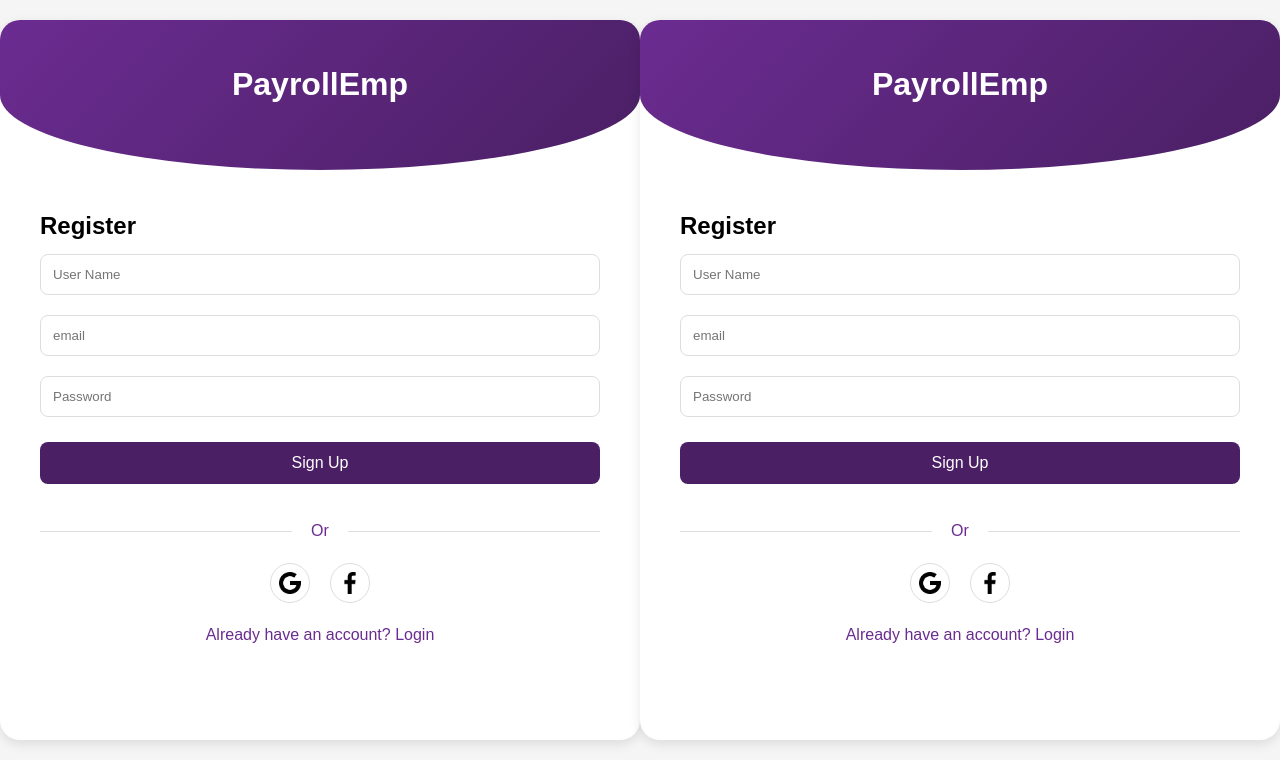
Repository: nino-pixel/payrolllatest
Page: /signup (app in web_vue/)
The author's editor kept a copy of each file at every save. The page is drawn from the files as they stood at one save, then again after the next save.
The browser window is 1280 px wide. The pictures show the whole page.
The project was rebuilt for these pictures with package versions that can differ from the ones it lists, and the page was loaded fresh each time. Also part of the build but not shown: web_vue/vite.config.js, web_vue/src/components/Sidebar.vue, web_vue/src/components/login_page.vue, web_vue/src/components/dashboard.vue, web_vue/src/components/employee_management.vue, web_vue/src/components/attendance_management.vue, web_vue/src/components/generate_payroll.vue, web_vue/src/components/mark_attendance_manually.vue and 3 more.

Above is the page before, as saved 2024-12-20 09:14:31.

### web_vue/src/main.js
import { createApp } from 'vue'
import './style.css'
import App from './App.vue'
import router from './router'
import html2pdf from 'html2pdf.js';
// ECharts imports
import VChart from 'vue-echarts'
import { use } from 'echarts/core'
import { CanvasRenderer } from 'echarts/renderers'
import { PieChart, LineChart, BarChart, GaugeChart } from 'echarts/charts'
import {
  TitleComponent,
  TooltipComponent,
  LegendComponent,
  GridComponent
} from 'echarts/components'

// Register ECharts components
use([
  CanvasRenderer,
  PieChart,
  LineChart,
  BarChart,
  GaugeChart,
  TitleComponent,
  TooltipComponent,
  LegendComponent,
  GridComponent
])

const app = createApp(App)
app.component('v-chart', VChart)
app.use(router)
app.mount('#app')

### web_vue/src/style.css
:root {
  font-family: Inter, system-ui, Avenir, Helvetica, Arial, sans-serif;
  line-height: 1.5;
  font-weight: 400;
  color-scheme: light dark;
  color: rgba(255, 255, 255, 0.87);
  background-color: #242424;
  font-synthesis: none;
  text-rendering: optimizeLegibility;
  -webkit-font-smoothing: antialiased;
  -moz-osx-font-smoothing: grayscale;
}

body {
  margin: 0;
  padding: 0;
  min-height: 100vh;
  width: 100%;
}

/* Remove the centering and width constraints */
#app {
  max-width: none;
  margin: 0;
  padding: 0;
  width: 100%;
  min-height: 100vh;
}

/* Adjust other styles */
.card {
  padding: 2em;
  width: 100%;
  box-sizing: border-box;
}

button {
  border-radius: 8px;
  border: 1px solid transparent;
  padding: 0.6em 1.2em;
  font-size: 1em;
  font-weight: 500;
  font-family: inherit;
  background-color: #1a1a1a;
  cursor: pointer;
  transition: border-color 0.25s;
}

/* Media query adjustments */
@media (prefers-color-scheme: light) {
  :root {
    color: #213547;
    background-color: #ffffff;
  }
  a:hover {
    color: #747bff;
  }
  button {
    background-color: #f9f9f9;
  }
}

### web_vue/src/App.vue
<template>
  <div id="app">
    <!-- Show Sidebar only if user is logged in and not on login page -->
    <Sidebar v-if="isLoggedIn && !isLoginPage" />
    <Sidebar v-if="isSignupPage && !isSignupPage" />


    <!-- Main content area -->
    <div class="main-content" :class="{ 'with-sidebar': isLoggedIn && !isLoginPage }">


      <router-view></router-view>
    </div>
    <div class="main-content" :class="{ 'with-sidebar': isSignupPage && !isSignupPage }">


<router-view></router-view>
</div>
  </div>
</template>

<script>
import Sidebar from './components/Sidebar.vue'

export default {
  name: 'App',
  components: {
    Sidebar
  },
  computed: {
    isLoggedIn() {
      return !!localStorage.getItem('token')
    },
    isLoginPage() {
      return this.$route.path === '/login'
    },
    isSignupPage() {
      return !!localStorage.getItem('token')
    },
    isSignupPage() {
      return this.$route.path === '/signup'
    }
  }
}
</script>

<style>
* {
  margin: 0;
  padding: 0;
  box-sizing: border-box;
}

#app {
  font-family: Arial, sans-serif;
  -webkit-font-smoothing: antialiased;
  -moz-osx-font-smoothing: grayscale;
  display: flex;
  min-height: 100vh;
  background: #f5f5f5;
}

.main-content {
  flex: 1;
  min-height: 100vh;
  transition: margin-left 0.3s ease;
}

/* Add margin when sidebar is present */
.main-content.with-sidebar {
  margin-left: 250px; /* Same as sidebar width */
}

/* Responsive adjustments */
@media (max-width: 768px) {
  .main-content.with-sidebar {
    margin-left: 60px; /* Same as collapsed sidebar width */
  }
}

/* Global styles for consistent look */
button {
  cursor: pointer;
}

input, button {
  font-family: inherit;
}

/* Transition effects */
.fade-enter-active, .fade-leave-active {
  transition: opacity 0.3s;
}
.fade-enter, .fade-leave-to {
  opacity: 0;
}

/* Optional: Add scrollbar styling */
::-webkit-scrollbar {
  width: 8px;
}

::-webkit-scrollbar-track {
  background: #f1f1f1;
}

::-webkit-scrollbar-thumb {
  background: #888;
  border-radius: 4px;
}

::-webkit-scrollbar-thumb:hover {
  background: #555;
}
</style>

### web_vue/src/router/index.js
import { createRouter, createWebHistory } from 'vue-router'
import LoginPage from '../components/login_page.vue'
import SignupPage from '../components/sign_up.vue'
import Dashboard from '../components/dashboard.vue'
import EmployeeManagement from '../components/employee_management.vue'
import AttendanceManagement from '../components/attendance_management.vue'
import GeneratePayroll from '../components/generate_payroll.vue'
import MarkAttendanceManually from '../components/mark_attendance_manually.vue'
import ViewPaymentHistory from '../components/view_payment_history.vue'
import SalaryAdjustment from '../components/salary_adjustment.vue'
import reports_and_analytics from '../components/reports_and_analytics.vue'
import Sidebar from '../components/Sidebar.vue'
const routes = [
  {
    path: '/login',
    name: 'Login',
    component: LoginPage,
    meta: { requiresAuth: false },
    layout: 'no-sidebar'  // Add this meta field


  },
  {
    path: '/',
    redirect: '/dashboard'
  },
  {
    path: '/signup',
    name: 'Signup',
    component: SignupPage,
    meta: { requiresAuth: false },
    layout: 'no-sidebar'  // Add this meta field


  },
  {
    path: '/dashboard',
    name: 'Dashboard',
    component: Dashboard,
    meta: { requiresAuth: true }

  },
  {
    path: '/employees',
    name: 'Employees',
    component: EmployeeManagement,
    meta: { requiresAuth: true }

  },
  {
    path: '/attendance',
    name: 'Attendance',
    component: AttendanceManagement,
    meta: { requiresAuth: true }

  },
  {
    path: '/generate_payroll',
    name: 'GeneratePayroll',
    component: GeneratePayroll
  },
  {
    path: '/mark_attendance_manually',
    name: 'MarkAttendanceManually',
    component: MarkAttendanceManually
  },
  {
    path: '/view_payment_history',
    name: 'ViewPaymentHistory',
    component: ViewPaymentHistory
  },
  {
    path: '/salary_adjustment',
    name: 'SalaryAdjustment',
    component: SalaryAdjustment
  },
  {
    path: '/reports_and_analytics',
    name: 'ReportsAndAnalytics',
    component: reports_and_analytics
  },
  {
    path: '/sidebar',
    name: 'Sidebar',
    component: Sidebar
  }

  // Add other routes here as needed
]

const router = createRouter({
  history: createWebHistory(),
  routes
})
router.beforeEach((to, from, next) => {
  const isAuthenticated = !!localStorage.getItem('token')

  // If route requires auth and user is not authenticated
  if (to.meta.requiresAuth && !isAuthenticated) {
    next('/login')
  }
  // If trying to access login/signup while authenticated
  else if ((to.path === '/login' || to.path === '/signup') && isAuthenticated) {
    next('/dashboard')
  }
  // Otherwise proceed normally
  else {
    next()
  }
})
export default router

### web_vue/src/components/sign_up.vue
<template>
  <div class="signup-container">
    <div class="wave-bg"></div>
    <h1>PayrollEmp</h1>

    <div class="signup-form">
      <h2>Register</h2>
      <input
        type="text"
        v-model="username"
        placeholder="User Name"
      >
      <input
        type="text"
        v-model="email"
        placeholder="email"
      >
      <input
        type="password"
        v-model="password"
        placeholder="Password"
      >
      <button
        class="sign-up"
        @click="handlesignup"
      >
        Sign Up
      </button>

      <div class="divider">
        <span>Or</span>
      </div>

      <div class="social-signup">
        <button class="google" @click="handleGooglesignup">
          <img src="../assets/google-icon.png" alt="Google">
        </button>
        <button class="facebook" @click="handleFacebooksignup">
          <img src="../assets/facebook-icon.png" alt="Facebook">

        </button>
      </div>

      <p class="signup-link">
    Already have an account?
    <router-link :to="{path: '/'}">Login</router-link>
  </p>
    </div>
  </div>
</template>

<script>
export default {
  name: 'signupPage',
  data() {
    return {
      username: '',
      password: ''
    }
  },
  methods: {
    handlesignup() {
      // Implement signup logic here
      console.log('signup attempt with:', {
        username: this.username,
        password: this.password
      })
    },
    handleGooglesignup() {
      // Implement Google signup logic
      console.log('Google signup clicked')
    },
    handleFacebooksignup() {
      // Implement Facebook signup logic
      console.log('Facebook signup clicked')
    },
    goToSignup() {
      // Implement navigation to signup page
      console.log('Navigate to signup')
      // this.$router.push('/signup')
    }
  }
}
</script>

<style scoped>
h2{
  color: black;
}
/* Your existing CSS remains the same */
body {
    margin: 0;
    font-family: Arial, sans-serif;
    background: #f5f5f5;
    overflow: hidden;
}

.signup-container {
  width: 100%;
    position: relative;
    min-height: 100vh;  /* Changed from max-width to min-height */
    margin: 20px auto;
    padding: 20px;
    background: white;
    border-radius: 20px;
    box-shadow: 0 4px 12px rgba(0,0,0,0.1);
    display: flex;      /* Added for better centering */
    flex-direction: column;
    align-items: center;
}

.wave-bg {
    position: absolute;
    top: 0;
    left: 0;
    right: 0;
    height: 150px;
    background: linear-gradient(135deg, #6b2c91, #4a1f64);
    border-radius: 20px 20px 50% 50%;
}

h1 {
    color: white;
    position: relative;
    margin: 20px;
}

.signup-form {
    padding: 20px;
    margin-top: 60px;
}

input {
    width: 100%;
    padding: 12px;
    margin: 10px 0;
    border: 1px solid #ddd;
    border-radius: 8px;
    box-sizing: border-box;
}

.sign-up {
    width: 100%;
    padding: 12px;
    background: #4a1f64;
    color: white;
    border: none;
    border-radius: 8px;
    margin: 15px 0;
    cursor: pointer;
}

.divider {
    text-align: center;
    margin: 20px 0;
    position: relative;

    color: #6b2c91;
}

.divider::before,
.divider::after {
    content: "";
    position: absolute;
    top: 50%;
    width: 45%;
    height: 1px;
    background: #ddd;

    color: #6b2c91;
}

.divider::before { left: 0; }
.divider::after { right: 0; }

.social-signup {
    display: flex;
    justify-content: center;
    gap: 20px;
}

.social-signup button {
    width: 40px;
    height: 40px;
    border-radius: 50%;
    border: 1px solid #ddd;
    background: white;
    cursor: pointer;
    padding: 8px;
}

.social-signup img {
    width: 100%;
    height: 100%;
    object-fit: contain;
}

.signup-link {
    text-align: center;
    margin-top: 20px;
    color: #6b2c91;

}

.signup-link a {
    color: #6b2c91;
    text-decoration: none;
}
</style>

After the next save:
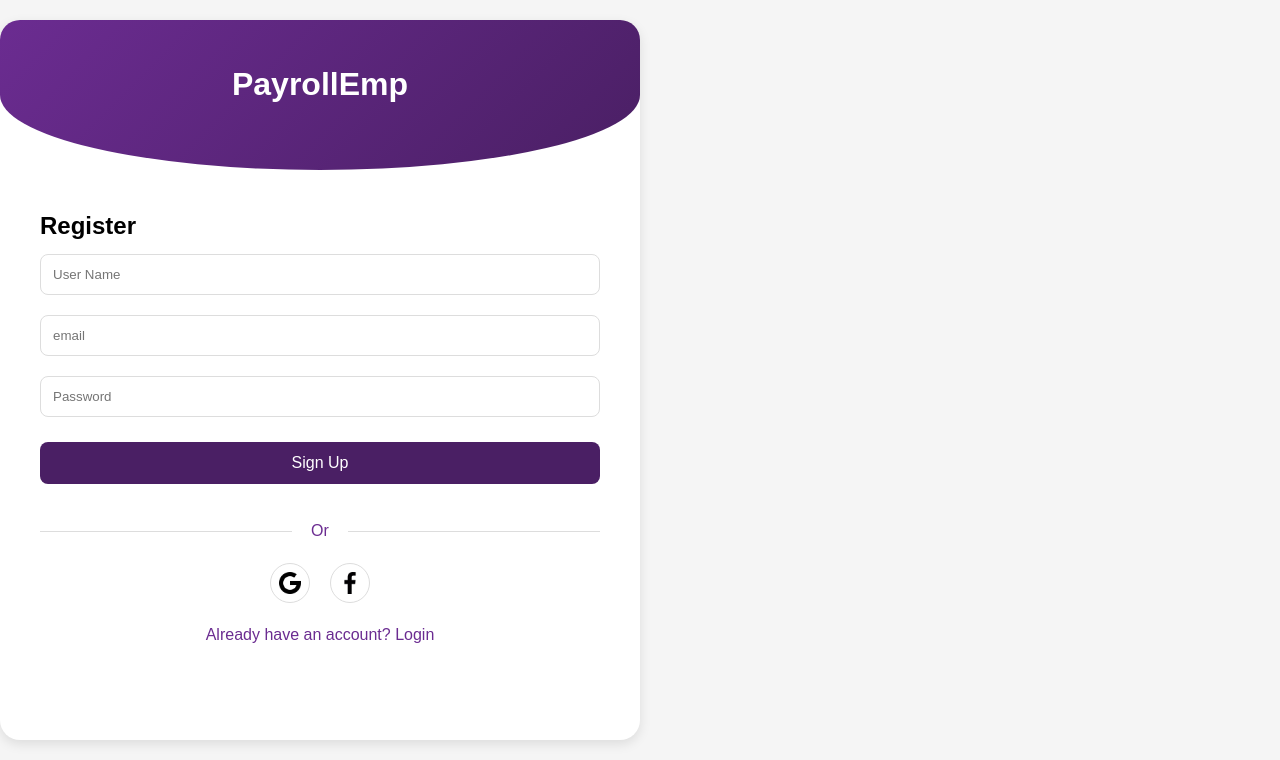
Saved 33 s later.
--- a/web_vue/src/App.vue
+++ b/web_vue/src/App.vue
@@ -14,7 +14,6 @@
     <div class="main-content" :class="{ 'with-sidebar': isSignupPage && !isSignupPage }">
 
 
-<router-view></router-view>
 </div>
   </div>
 </template>
